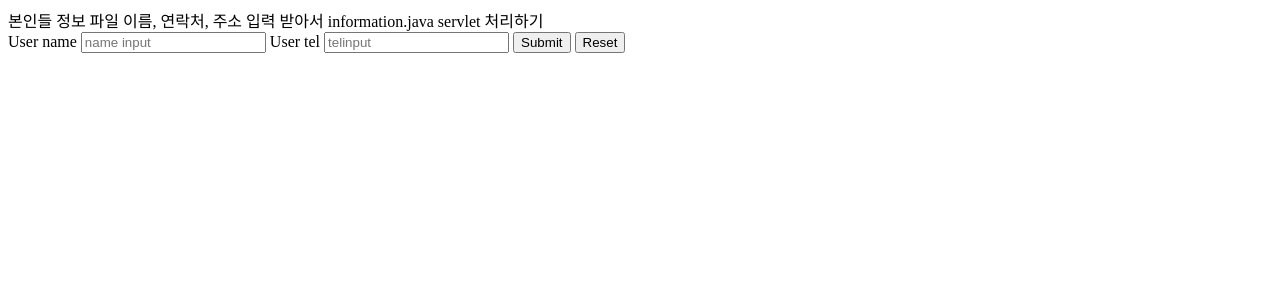
Repository: uhzoo0916/JSP_Servlet
Page: workspace/day54_servlet/WebContent/html/infoForm.html
The author's editor kept a copy of each file at every save. The page is drawn from the files as they stood at one save, then again after a run of saves.
The browser window is 1280 px wide. The pictures show the whole page.

Above is the page before, as saved 2023-06-12 06:44:12.

### workspace/day54_servlet/WebContent/html/infoForm.html
<!DOCTYPE html>
<html><head><meta charset="UTF-8">
<title>infoForm.html </title>
</head>
<body>

본인들 정보 파일 이름, 연락처, 주소 입력 받아서
information.java servlet 처리하기

	<form action="../info" method="post" name = "frm">
		<tr>
			<td>User name</td>
			<td><input type="text" name="name" placeholder="name input"></td>
		</tr>

		<tr>
			<td>User tel</td>
			<td><input type="tel" name="tel" placeholder="telinput"></td>
		</tr>

		<tr>
			<td>
			<input type="submit" value="Submit" onclick="sendData()">
			<input type="reset" value="Reset">
			</td>
		</tr>
	</form>

</body>
</html>

After the next 2 saves:
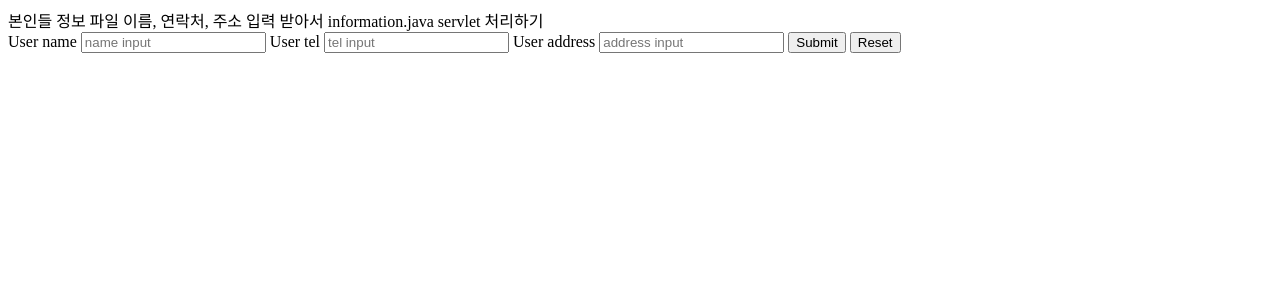
The 2 saves are shown as one change because they came seconds apart.
The last was saved 28 s later.
--- a/workspace/day54_servlet/WebContent/html/infoForm.html
+++ b/workspace/day54_servlet/WebContent/html/infoForm.html
@@ -15,7 +15,12 @@ information.java servlet 처리하기
 
 		<tr>
 			<td>User tel</td>
-			<td><input type="tel" name="tel" placeholder="telinput"></td>
+			<td><input type="tel" name="tel" placeholder="tel input"></td>
+		</tr>
+
+		<tr>
+			<td>User address</td>
+			<td><input type="address" name="address" placeholder="address input"></td>
 		</tr>
 
 		<tr>
